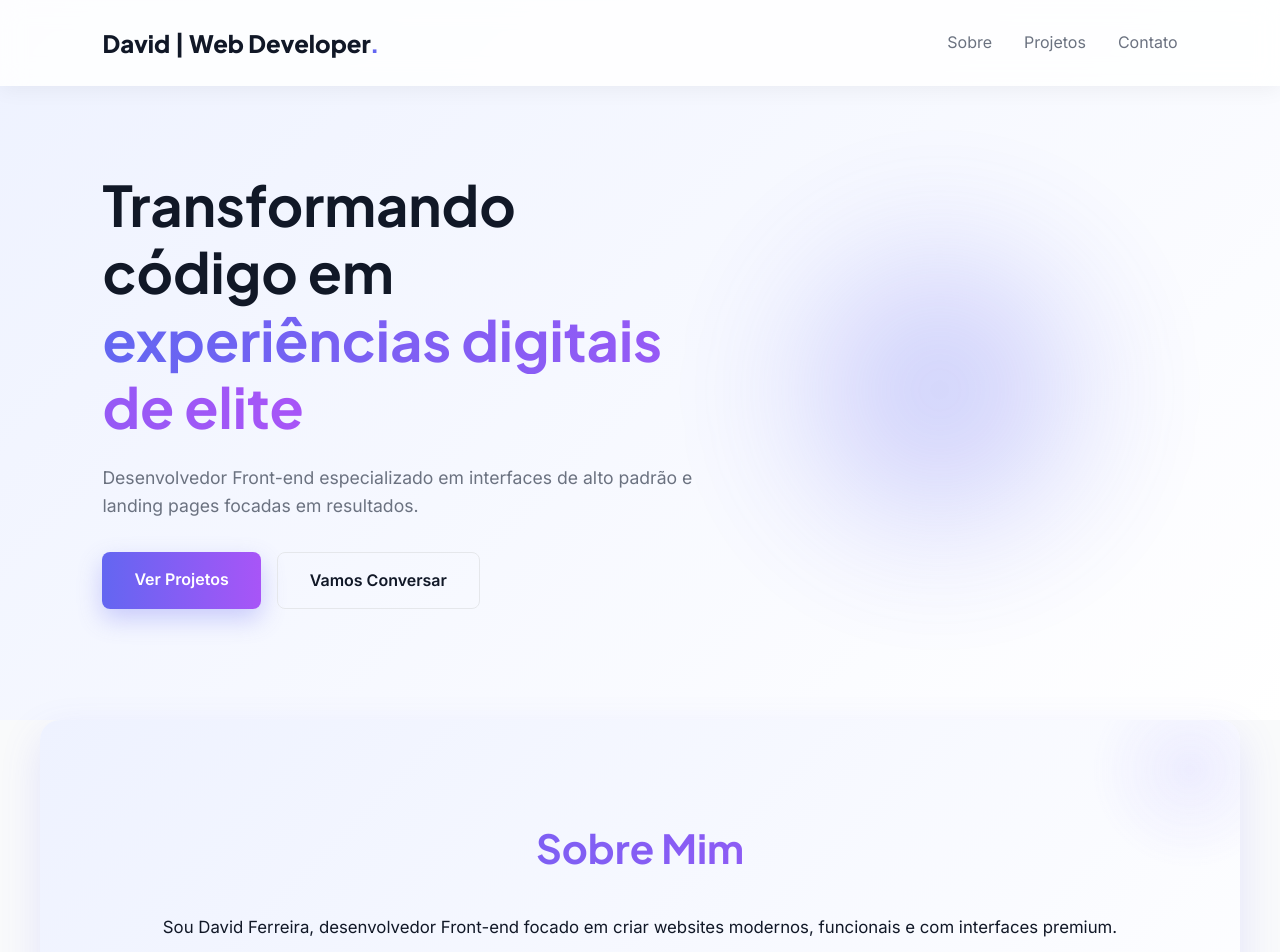
Repository: davidfsillva/David_Ferreira
Page: index.html
An editor plug-in stored every save of this project. The page is shown before and after the next save, followed by the edit.
The browser window is 1280 px wide. The pictures show the part of the page from y = 0 to 952 px (the page is 2777 px tall).

Above is the page before, as saved 2026-02-11 12:24:31.
Console error: TypeError: Cannot read properties of null (reading 'addEventListener')

### index.html
<!DOCTYPE html>
<html lang="pt-BR">
<head>
    <meta charset="UTF-8">
    <meta name="viewport" content="width=device-width, initial-scale=1.0">

    <title>David Ferreira | Desenvolvedor Front-end & UI Designer Premium</title>

    <!-- SEO Primário -->
    <meta name="description" content="David Ferreira é desenvolvedor front-end especializado em interfaces premium, landing pages de alta conversão e experiências digitais modernas.">
    <meta name="keywords" content="Desenvolvedor Front-end, Web Designer, UI Designer, Landing Page, Desenvolvimento Web, Freelancer Brasil">
    <meta name="author" content="David Ferreira">
    <meta name="robots" content="index, follow">
    <link rel="canonical" href="https://seudominio.com/">

    <!-- Open Graph (Facebook, LinkedIn) -->
    <meta property="og:title" content="David Ferreira | Desenvolvedor Front-end Premium">
    <meta property="og:description" content="Interfaces digitais de alto padrão, focadas em performance e conversão.">
    <meta property="og:image" content="https://seudominio.com/preview.jpg">
    <meta property="og:url" content="https://seudominio.com/">
    <meta property="og:type" content="website">

    <!-- Twitter Card -->
    <meta name="twitter:card" content="summary_large_image">
    <meta name="twitter:title" content="David Ferreira | Web Developer">
    <meta name="twitter:description" content="Desenvolvimento web premium focado em performance e design moderno.">
    <meta name="twitter:image" content="https://seudominio.com/preview.jpg">

    <!-- Favicon -->
    <link rel="icon" href="favicon.ico" type="image/x-icon">

    <!-- Fonts -->
    <link href="https://fonts.googleapis.com/css2?family=Inter:wght@300;400;600&family=Plus+Jakarta+Sans:wght@700;800&display=swap" rel="stylesheet">

    <!-- Font Awesome -->
    <link rel="stylesheet" href="https://cdnjs.cloudflare.com/ajax/libs/font-awesome/6.5.0/css/all.min.css" integrity="sha512-..." crossorigin="anonymous" referrerpolicy="no-referrer" />


    <link rel="stylesheet" href="style.css">
</head>


<body>

    <!-- NAVBAR -->
    <nav class="navbar">
        <div class="logo">David | Web Developer<span>.</span></div>
        <ul class="nav-links">
            <li><a href="#about">Sobre</a></li>
            <li><a href="#portfolio">Projetos</a></li>
            <li><a href="#contact" class="btn-sm">Contato</a></li>
        </ul>
    </nav>

    <!-- HERO -->
    <section class="hero">
        <div class="hero-content">
            <h1>Transformando código em <span>experiências digitais de elite</span></h1>
            <p>Desenvolvedor Front-end especializado em interfaces de alto padrão e landing pages focadas em resultados.</p>
            <div class="hero-btns">
                <a href="#portfolio" class="btn-primary">Ver Projetos</a>
                <a href="#contact" class="btn-secondary">Vamos Conversar</a>
            </div>
        </div>
        <div class="hero-visual">
            <div class="hero-glow"></div>
        </div>
    </section>

    <!-- SOBRE -->
    <section id="about" class="section">
        <h2>Sobre Mim</h2>
        <p>Sou David Ferreira, desenvolvedor Front-end focado em criar websites modernos, funcionais e com interfaces premium. Trabalho com HTML, CSS, JavaScript e React, priorizando performance, design e experiência do usuário.</p>
        <p>Meu objetivo é ajudar empresas e profissionais a se destacarem no digital através de websites que transmitam confiança e gerem resultados reais.</p>
    </section>

    <!-- PORTFÓLIO -->
    <section id="portfolio" class="portfolio">
        <div class="section-header">
            <h2>Projetos Selecionados</h2>
            <p>Uma vitrine de soluções focadas em performance e design.</p>
        </div>
        <div class="portfolio-grid">
            <!-- Projeto 1 -->
            <a href="https://davidfsillva.github.io/Alex-Carter/" target="_blank" class="project-link">
                <div class="project-card">
                    <div class="card-image">
                        <img src="img/alex.png" alt="Projeto Alex Carter">
                        <div class="card-overlay"><span>Ver Detalhes</span></div>
                    </div>
                    <div class="card-info">
                        <h3>Alex Carter | Landing Page</h3>
                        <p>Website de personal branding para atleta profissional.</p>
                    </div>
                </div>
            </a>

            <!-- Projeto 2 -->
            <a href="https://davidfsillva.github.io/e-hammershark/" target="_blank" class="project-link">
                <div class="project-card">
                    <div class="card-image">
                        <img src="img/ecomerce.png" alt="Projeto Hammershark">
                        <div class="card-overlay"><span>Ver Detalhes</span></div>
                    </div>
                    <div class="card-info">
                        <h3>Hammershark | E-commerce</h3>
                        <p>E-commerce de moda fitness, focado em branding e experiência de compra.</p>
                    </div>
                </div>
            </a>

            <!-- Projeto 3 -->
            <a href="https://davidfsillva.github.io/landing-page/" target="_blank" class="project-link">
                <div class="project-card">
                    <div class="card-image">
                        <img src="img/landingpage.png" alt="Projeto Landing Page">
                        <div class="card-overlay"><span>Ver Detalhes</span></div>
                    </div>
                    <div class="card-info">
                        <h3>Lucas Andrade | Landing Page</h3>
                        <p>Landing page estratégica para geração de leads e conversão.</p>
                    </div>
                </div>
            </a>

            <!-- Projeto 4 -->
            <a href="https://davidfsillva.github.io/beatriz-almeida-adv/" target="_blank" class="project-link">
                <div class="project-card">
                    <div class="card-image">
                        <img src="img/adv.png" alt="Projeto Beatriz Almeida Advogados">
                        <div class="card-overlay"><span>Ver Detalhes</span></div>
                    </div>
                    <div class="card-info">
                        <h3>Beatriz Almeida Advogados | Website Institucional</h3>
                        <p>Website institucional transmitindo autoridade e confiança.</p>
                    </div>
                </div>
            </a>
        </div>
    </section>

    <!-- CTA / CONTATO -->
    <section id="contact" class="cta-section">
        <h2>Pronto para elevar seu nível digital?</h2>
        <p>Transforme sua ideia em uma interface digital de alto padrão.</p>
        <a href="https://wa.me/5511990242453" target="_blank" class="btn-whatsapp">Iniciar Conversa no WhatsApp</a>
    </section>

    <!-- FOOTER -->
    <footer>
        <div class="footer-content">
            <p>&copy; 2026 David Ferreira. Todos os direitos reservados.</p>
            <div class="social-links">
                <a href="mailto:davidfsillva@icloud.com" target="_blank" rel="noopener noreferrer"><i class="fa-solid fa-envelope"></i></a>

                <a href="https://www.instagram.com/david_websites?igsh=MWdmZWJ3MW80N3JsNQ==" target="_blank" rel="noopener noreferrer"><i class="fa-brands fa-instagram"></i></a>
            </div>
        </div>
    </footer>

    <script src="scripts.js"></script>
</body>
</html>
</html>

### style.css
:root {
  --primary: #6366f1;
  --primary-light: #818cf8;
  --accent: #a855f7;
  --text-dark: #111827;
  --text-light: #6b7280;
  --bg-light: #f9fafb;
  --white: #ffffff;
  --transition: all 0.3s ease;
}

/* RESET */
* {
  margin: 0;
  padding: 0;
  box-sizing: border-box;
}

html {
  scroll-behavior: smooth;   /* já tinha */
  scroll-padding-top: 70px; /* ajuste esse valor para altura da navbar */
}


body {
  font-family: 'Inter', sans-serif;
  background: var(--bg-light);
  color: var(--text-dark);
  line-height: 1.6;
  animation: fadePage 0.8s ease-in-out;
}

@keyframes fadePage {
  from { opacity: 0; transform: translateY(10px); }
  to { opacity: 1; transform: translateY(0); }
}

/* NAVBAR */
.navbar {
  position: fixed;
  width: 100%;
  top: 0;
  padding: 1.5rem 8%;
  display: flex;
  justify-content: space-between;
  align-items: center;
  background: rgba(255,255,255,0.85);
  backdrop-filter: blur(12px);
  box-shadow: 0 4px 20px rgba(0,0,0,0.05);
  z-index: 1000;
  transition: var(--transition);
}

.logo {
  font-family: 'Plus Jakarta Sans', sans-serif;
  font-weight: 800;
  font-size: 1.5rem;
}

.logo span {
  color: var(--primary);
}

.nav-links {
  display: flex;
  list-style: none;
  gap: 2rem;
}

.nav-links a {
  text-decoration: none;
  color: var(--text-light);
  font-weight: 500;
  transition: var(--transition);
}

.nav-links a:hover {
  color: var(--primary);
  transform: translateY(-2px);
}

/* HERO */
.hero {
  min-height: 100vh;
  padding: 120px 8% 60px;
  display: flex;
  align-items: center;
  justify-content: space-between;
  background: linear-gradient(135deg, #eef2ff, #ffffff);
  flex-wrap: wrap;
}

.hero-content {
  max-width: 600px;
  animation: heroFade 1s ease 0.2s both;
}

@keyframes heroFade {
  from { opacity: 0; transform: translateY(40px); }
  to { opacity: 1; transform: translateY(0); }
}

.badge {
  display: inline-block;
  padding: 0.5rem 1rem;
  background: rgba(99,102,241,0.1);
  color: var(--primary);
  border-radius: 20px;
  font-size: 0.8rem;
  font-weight: 600;
  margin-bottom: 1.5rem;
}

.hero h1 {
  font-family: 'Plus Jakarta Sans', sans-serif;
  font-size: clamp(2rem, 5vw, 3.5rem);
  line-height: 1.2;
  margin-bottom: 1.5rem;
}

.hero h1 span {
  background: linear-gradient(90deg, var(--primary), var(--accent));
  -webkit-background-clip: text;
  -webkit-text-fill-color: transparent;
}

.hero p {
  font-size: 1.1rem;
  color: var(--text-light);
  margin-bottom: 2rem;
}

/* BUTTONS */
.btn-primary,
.btn-secondary,
.btn-whatsapp {
  display: inline-block;
  padding: 0.9rem 2rem;
  border-radius: 8px;
  text-decoration: none;
  font-weight: 600;
  transition: all 0.3s ease;
  position: relative;
  overflow: hidden;
}

.btn-primary {
  background: linear-gradient(90deg, var(--primary), var(--accent));
  color: white;
  box-shadow: 0 10px 25px rgba(99,102,241,0.3);
}

.btn-primary:hover {
  transform: translateY(-4px) scale(1.03);
}

.btn-primary:active {
  transform: scale(0.96);
}

.btn-primary::after {
  content: "";
  position: absolute;
  width: 200%;
  height: 200%;
  background: radial-gradient(circle, rgba(255,255,255,0.4), transparent 60%);
  top: -50%;
  left: -50%;
  opacity: 0;
  transition: opacity 0.4s ease;
}

.btn-primary:hover::after {
  opacity: 1;
}

.btn-secondary {
  border: 1px solid #e5e7eb;
  color: var(--text-dark);
  margin-left: 1rem;
}

.btn-secondary:hover {
  background: #f3f4f6;
  transform: translateY(-4px);
}

.btn-secondary:active {
  transform: scale(0.96);
}

.btn-whatsapp {
  background: #25d366;
  color: white;
}

.btn-whatsapp:hover {
  transform: translateY(-4px) scale(1.03);
}

.btn-whatsapp:active {
  transform: scale(0.96);
}

.hero-btns {
  display: flex;
  flex-wrap: wrap;
}

#about {
  text-align: center;
  max-width: 1200px; /* ocupa mais largura sem ficar exagerado */
  margin: 0 auto;
  padding: 6rem 8%;
  background: linear-gradient(135deg, #eef2ff 0%, #ffffff 100%); /* combina com hero */
  border-radius: 20px; /* bordas suaves */
  box-shadow: 0 15px 40px rgba(99,102,241,0.15); /* sombra leve e elegante */
  position: relative;
  overflow: hidden;
}

#about::before {
  content: "";
  position: absolute;
  width: 200px;
  height: 200px;
  background: radial-gradient(circle, rgba(163,155,253,0.2), transparent 70%);
  top: -50px;
  right: -50px;
  border-radius: 50%;
  z-index: 0;
  animation: pulseGlow 6s infinite ease-in-out;
}

#about h2 {
  font-family: 'Plus Jakarta Sans', sans-serif;
  font-size: clamp(2rem, 4vw, 2.5rem);
  margin-bottom: 2rem;
  position: relative;
  z-index: 1;
  background: linear-gradient(90deg, var(--primary), var(--accent));
  -webkit-background-clip: text;
  -webkit-text-fill-color: transparent;
}

#about p {
  font-size: 1.05rem;
  line-height: 1.9;
  color: var(--text-dark);
  margin-bottom: 1.8rem;
  position: relative;
  z-index: 1;
  opacity: 0;
  transform: translateY(20px);
  animation: fadeUp 1s forwards;
  animation-delay: 0.3s;
}

/* Animação suave */
@keyframes fadeUp {
  to {
    opacity: 1;
    transform: translateY(0);
  }
}



/* HERO VISUAL */
.hero-visual {
  flex: 1;
  min-height: 400px;
  display: flex;
  justify-content: center;
  align-items: center;
}

.hero-glow {
  width: 350px;
  height: 350px;
  background: radial-gradient(circle, rgba(99,102,241,0.4), transparent 70%);
  border-radius: 50%;
  filter: blur(60px);
  animation: pulseGlow 4s infinite ease-in-out;
}

@keyframes pulseGlow {
  0% { transform: scale(1); opacity: 0.7; }
  50% { transform: scale(1.1); opacity: 1; }
  100% { transform: scale(1); opacity: 0.7; }
}

/* PORTFOLIO */
.portfolio {
  padding: 6rem 8%;
}

.section-header {
  text-align: center;
  margin-bottom: 4rem;
}

.section-header h2 {
  font-family: 'Plus Jakarta Sans', sans-serif;
  font-size: 2.2rem;
  margin-bottom: 1rem;
  color: var(--primary)
}

.section-header p {
  color: var(--text-light);
}

.portfolio-grid {
  display: grid;
  grid-template-columns: repeat(auto-fit, minmax(280px, 1fr));
  gap: 2rem;
}

.project-card {
  background: var(--white);
  border-radius: 16px;
  overflow: hidden;
  box-shadow: 0 10px 30px rgba(0,0,0,0.06);
  cursor: pointer;
  transition: transform 0.4s ease, box-shadow 0.4s ease;
  will-change: transform;
}

.project-card:hover {
  transform: translateY(-12px) scale(1.03);
  box-shadow: 0 25px 50px rgba(99,102,241,0.2);
}

.card-image {
  position: relative;
  overflow: hidden;
}

.card-image img {
  width: 100%;
  height: 220px;
  object-fit: cover;
  display: block;
  transition: transform 0.6s ease;
}

.project-card:hover .card-image img {
  transform: scale(1.08);
}

.card-overlay {
  position: absolute;
  inset: 0;
  background: rgba(99,102,241,0.8);
  display: flex;
  justify-content: center;
  align-items: center;
  color: white;
  font-weight: 600;
  opacity: 0;
  transition: opacity 0.4s ease;
}

.project-card:hover .card-overlay {
  opacity: 1;
}

.card-info {
  padding: 1.5rem;
}

.card-info h3 {
  margin-bottom: 0.5rem;
}

.card-info p {
  color: var(--text-light);
}

.project-link {
  text-decoration: none;
  color: inherit;
  display: block;
}


/* CTA */
.cta-section {
  padding: 5rem 8%;
  text-align: center;
  background: linear-gradient(135deg, #eef2ff, #ffffff);
}

/* FOOTER */
footer {
  padding: 2rem 8%;
  background: var(--white);
  border-top: 1px solid #e5e7eb;
}

.footer-content {
  display: flex;
  justify-content: space-between;
  flex-wrap: wrap;
  gap: 1rem;
}

.social-links a {
  text-decoration: none;
  margin-left: 1rem;
  color: var(--text-light);
  transition: var(--transition);
}

.social-links a:hover {
  color: var(--primary);
  transform: translateY(-2px);
}

.cta-section p {
  color: var(--text-light);
  margin-bottom: 2.5rem; /* aumenta espaço abaixo do texto */
}

.btn-whatsapp {
  display: inline-block;
  background: #25d366;
  color: white;
  padding: 1rem 2rem;
  border-radius: 8px;
  text-decoration: none;
  font-weight: 600;
  transition: var(--transition);
  margin-top: 0.5rem; /* pequeno respiro extra */
}


/* MODAL */
.modal-overlay {
  position: fixed;
  inset: 0;
  background: rgba(0,0,0,0.6);
  display: none;
  justify-content: center;
  align-items: center;
  padding: 2rem;
  z-index: 2000;
}

.modal-content {
  background: white;
  width: 100%;
  max-width: 900px;
  border-radius: 20px;
  overflow: hidden;
  animation: modalZoom 0.4s cubic-bezier(.23,1,.32,1);
  position: relative;
}

@keyframes modalZoom {
  from { opacity: 0; transform: scale(0.85) translateY(20px); }
  to { opacity: 1; transform: scale(1) translateY(0); }
}

.modal-body {
  display: grid;
  grid-template-columns: 1fr 1fr;
}

.modal-img {
  min-height: 300px;
  background-size: cover !important;
}

.modal-text {
  padding: 2rem;
}

.close-modal {
  position: absolute;
  top: 20px;
  right: 25px;
  background: none;
  border: none;
  font-size: 2rem;
  cursor: pointer;
  transition: transform 0.3s ease;
}

.close-modal:hover {
  transform: rotate(90deg);
}

/* RESPONSIVO */
@media (max-width: 900px) {
  .hero {
    flex-direction: column;
    text-align: center;
  }

  .hero-visual {
    margin-top: 3rem;
  }

  .modal-body {
    grid-template-columns: 1fr;
  }
}

@media (max-width: 600px) {
  .navbar {
    padding: 1rem 5%;
  }

  .nav-links {
    display: none;
  }

  .hero {
    padding: 100px 5% 60px;
  }

  .portfolio {
    padding: 4rem 5%;
  }

  .cta-section {
    padding: 4rem 5%;
  }

  footer {
    padding: 2rem 5%;
  }

  .footer-content {
    flex-direction: column;
    text-align: center;
  }

  .social-links a {
    margin: 0 0.5rem;
  }
}

Loaded but not shown: scripts.js (103 lines, source omitted)

After the next save:
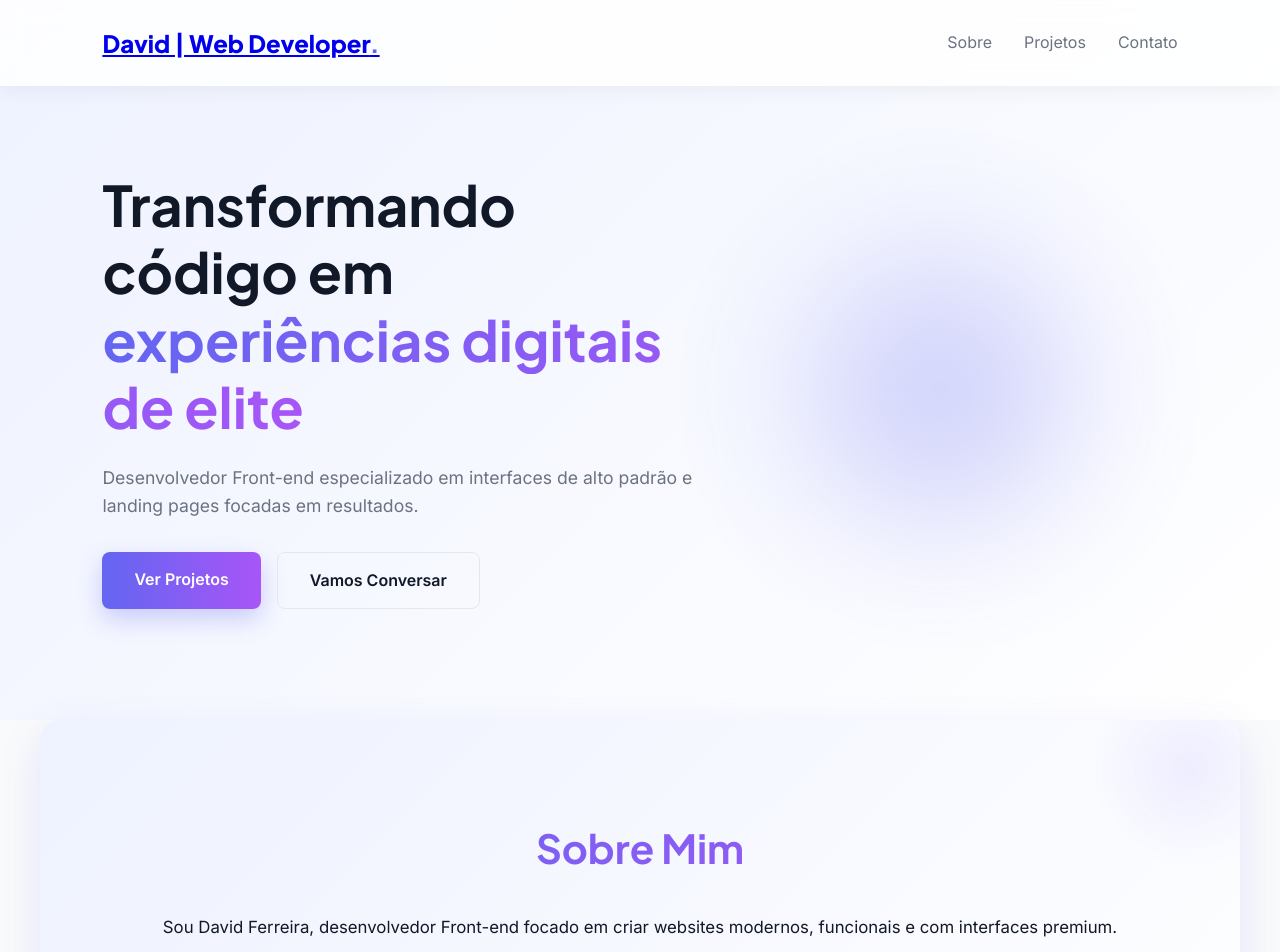
Saved 84 s later.
--- a/index.html
+++ b/index.html
@@ -44,7 +44,10 @@
 
     <!-- NAVBAR -->
     <nav class="navbar">
-        <div class="logo">David | Web Developer<span>.</span></div>
+        <div class="logo">
+  <a href="#hero">David | Web Developer<span>.</span></a>
+</div>
+
         <ul class="nav-links">
             <li><a href="#about">Sobre</a></li>
             <li><a href="#portfolio">Projetos</a></li>

After the 6 saves that followed:
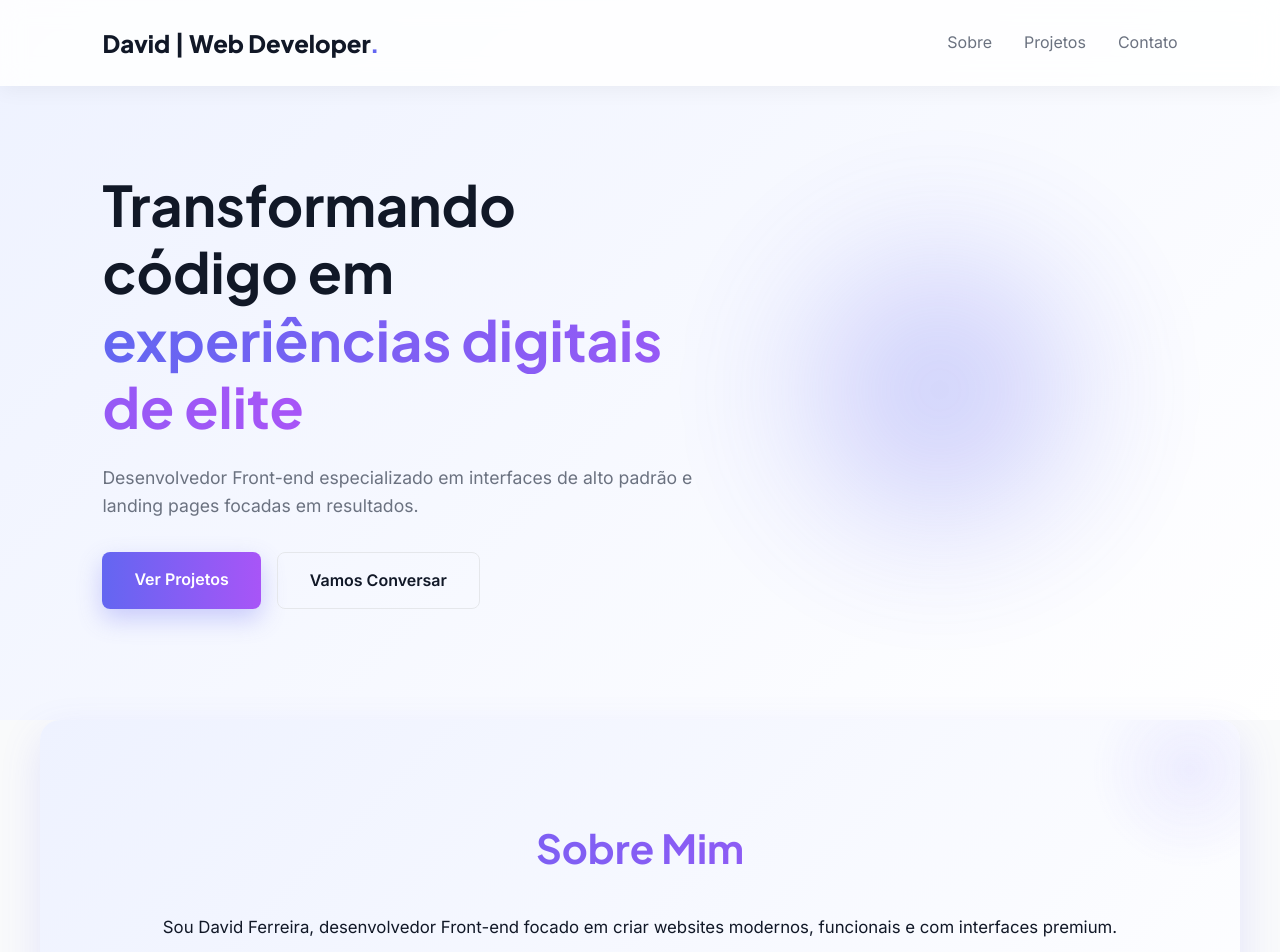
The 6 saves are shown as one change because 5 left the picture as it was.
The last was saved 103 s later.
--- a/index.html
+++ b/index.html
@@ -44,9 +44,7 @@
 
     <!-- NAVBAR -->
     <nav class="navbar">
-        <div class="logo">
-  <a href="#hero">David | Web Developer<span>.</span></a>
-</div>
+        <div class="logo"><a href="#">David | Web Developer<span>.</span></a></div>
 
         <ul class="nav-links">
             <li><a href="#about">Sobre</a></li>
--- a/style.css
+++ b/style.css
@@ -60,6 +60,17 @@ body {
 .logo span {
   color: var(--primary);
 }
+
+.logo a {
+  text-decoration: none;
+  color: inherit; /* mantém a cor original da logo */
+}
+
+.logo a:hover {
+  cursor: pointer;
+  opacity: 0.8; /* efeito sutil */
+}
+
 
 .nav-links {
   display: flex;
